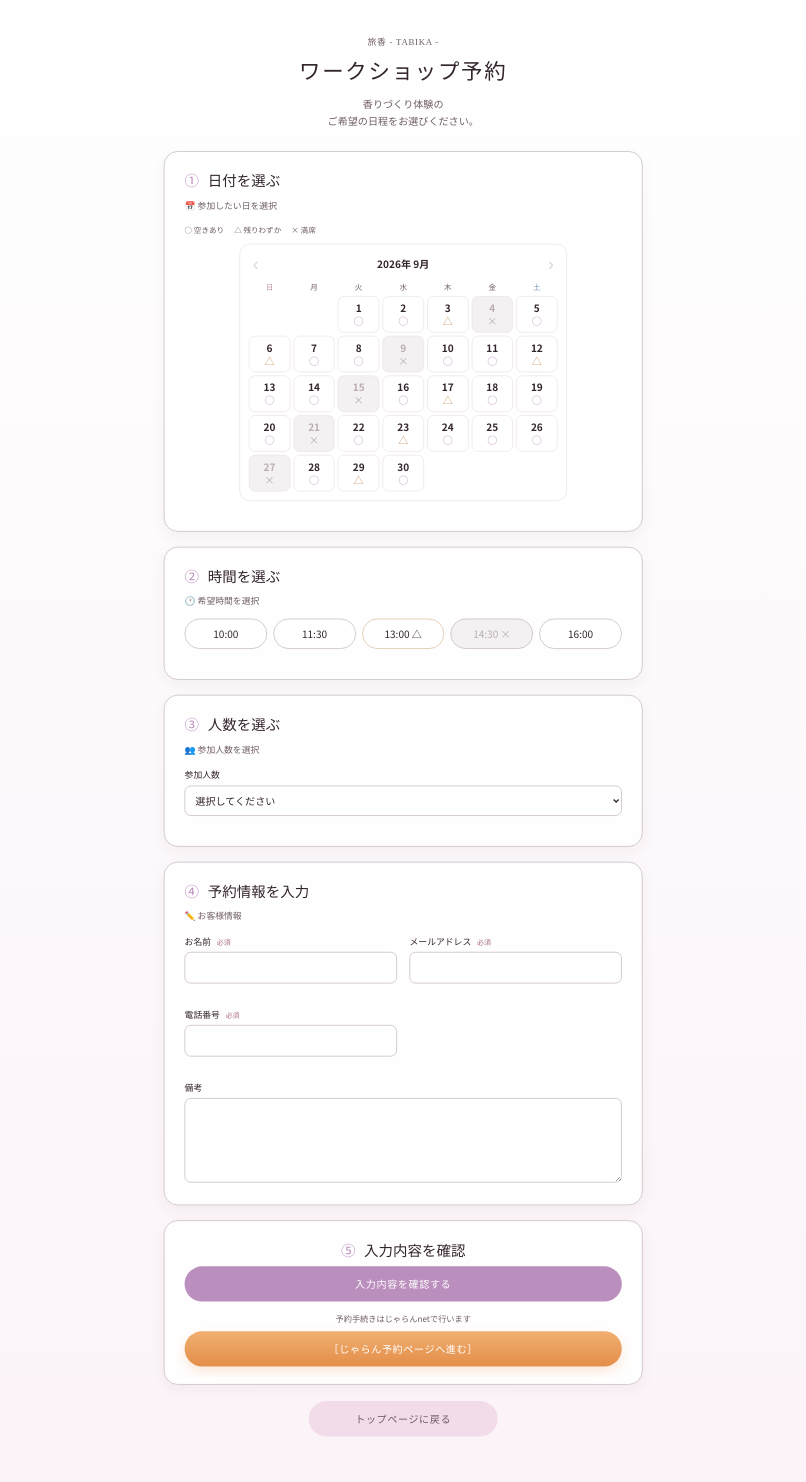
Repository: tonchiw3-tech/washizu_2026.09.10
Page: reserve.html
The author's editor kept a copy of each file at every save. The page is drawn from the files as they stood at one save, then again after the next save.
The browser window is 1280 px wide. The pictures show the whole page, at 63% of full size.

Above is the page before, as saved 2026-09-25 14:18:51.

After the next save:
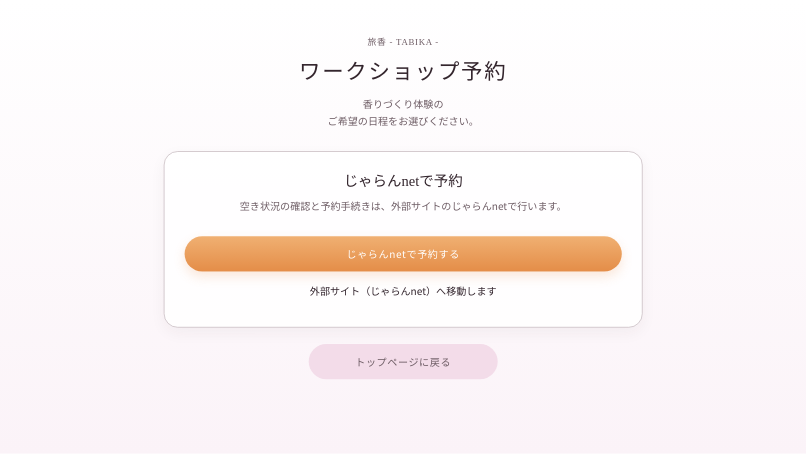
Saved 12 s later.
--- a/reserve.html
+++ b/reserve.html
@@ -20,75 +20,18 @@
       <h1 class="reservation-title">ワークショップ予約</h1>
       <p class="reservation-lead">香りづくり体験の<br>ご希望の日程をお選びください。</p>
 
-      <form id="reservation-form" novalidate>
-        <section class="reservation-section" aria-labelledby="date-heading">
-          <h2 id="date-heading"><span>①</span> 日付を選ぶ</h2>
-          <p class="reservation-hint">📅 参加したい日を選択</p>
-          <div class="availability-legend" aria-label="空き状況の凡例"><span>○ 空きあり</span><span>△ 残りわずか</span><span>× 満席</span>
-          </div>
-          <div class="calendar" id="calendar" aria-label="2026年9月の予約カレンダー"></div>
-          <input type="hidden" id="reservation-date" name="reservation-date">
-          <p class="field-error" data-error-for="reservation-date"></p>
-        </section>
-
-        <section class="reservation-section" aria-labelledby="time-heading">
-          <h2 id="time-heading"><span>②</span> 時間を選ぶ</h2>
-          <p class="reservation-hint">🕐 希望時間を選択</p>
-          <div class="time-options" id="time-options" role="group" aria-label="希望時間"></div>
-          <input type="hidden" id="reservation-time" name="reservation-time">
-          <p class="field-error" data-error-for="reservation-time"></p>
-        </section>
-
-        <section class="reservation-section" aria-labelledby="participants-heading">
-          <h2 id="participants-heading"><span>③</span> 人数を選ぶ</h2>
-          <p class="reservation-hint">👥 参加人数を選択</p>
-          <label class="form-label" for="participants">参加人数</label>
-          <select id="participants" name="participants">
-            <option value="">選択してください</option>
-            <option value="1">1名</option>
-            <option value="2">2名</option>
-            <option value="3">3名</option>
-            <option value="4">4名</option>
-          </select>
-          <p class="field-error" data-error-for="participants"></p>
-        </section>
-
-        <section class="reservation-section" aria-labelledby="customer-heading">
-          <h2 id="customer-heading"><span>④</span> 予約情報を入力</h2>
-          <p class="reservation-hint">✏️ お客様情報</p>
-          <div class="form-grid">
-            <div class="form-field"><label class="form-label" for="name">お名前 <span>必須</span></label><input id="name"
-                name="name" type="text" autocomplete="name">
-              <p class="field-error" data-error-for="name"></p>
-            </div>
-            <div class="form-field"><label class="form-label" for="email">メールアドレス <span>必須</span></label><input
-                id="email" name="email" type="email" autocomplete="email">
-              <p class="field-error" data-error-for="email"></p>
-            </div>
-            <div class="form-field"><label class="form-label" for="phone">電話番号 <span>必須</span></label><input id="phone"
-                name="phone" type="tel" autocomplete="tel">
-              <p class="field-error" data-error-for="phone"></p>
-            </div>
-            <div class="form-field form-field-full"><label class="form-label" for="note">備考</label><textarea id="note"
-                name="note" rows="4"></textarea></div>
-          </div>
-        </section>
-
-        <section class="reservation-section reservation-confirm-section" aria-labelledby="confirm-heading">
-          <h2 id="confirm-heading"><span>⑤</span> 入力内容を確認</h2>
-          <button class="reservation-button primary-button" type="submit">入力内容を確認する</button>
-          <p style="text-align:center;color:var(--muted);font-size:13px;margin:16px 0 8px">予約手続きはじゃらんnetで行います</p>
-          <a class="reservation-button jalan-button"
-            href="https://www.jalan.net/kankou/spt_guide000000223856/activity/l000051249/" target="_blank"
-            rel="noopener noreferrer">［じゃらん予約ページへ進む］</a>
-          <div class="confirmation" id="confirmation" hidden aria-live="polite"></div>
-        </section>
-      </form>
+      <section class="reservation-section reservation-confirm-section" aria-labelledby="confirm-heading">
+        <h2 id="confirm-heading">じゃらんnetで予約</h2>
+        <p class="reservation-lead">空き状況の確認と予約手続きは、外部サイトのじゃらんnetで行います。</p>
+        <a class="reservation-button jalan-button"
+          href="https://www.jalan.net/kankou/spt_guide000000223856/activity/l000051249/" target="_blank"
+          rel="noopener noreferrer">じゃらんnetで予約する</a>
+        <p class="external-booking-note">外部サイト（じゃらんnet）へ移動します</p>
+      </section>
 
       <div class="reservation-back"><a class="reservation-button back-button" href="./index.html">トップページに戻る</a></div>
     </div>
   </main>
-  <script src="./js/reserve.js" defer></script>
 </body>
 
 </html>
